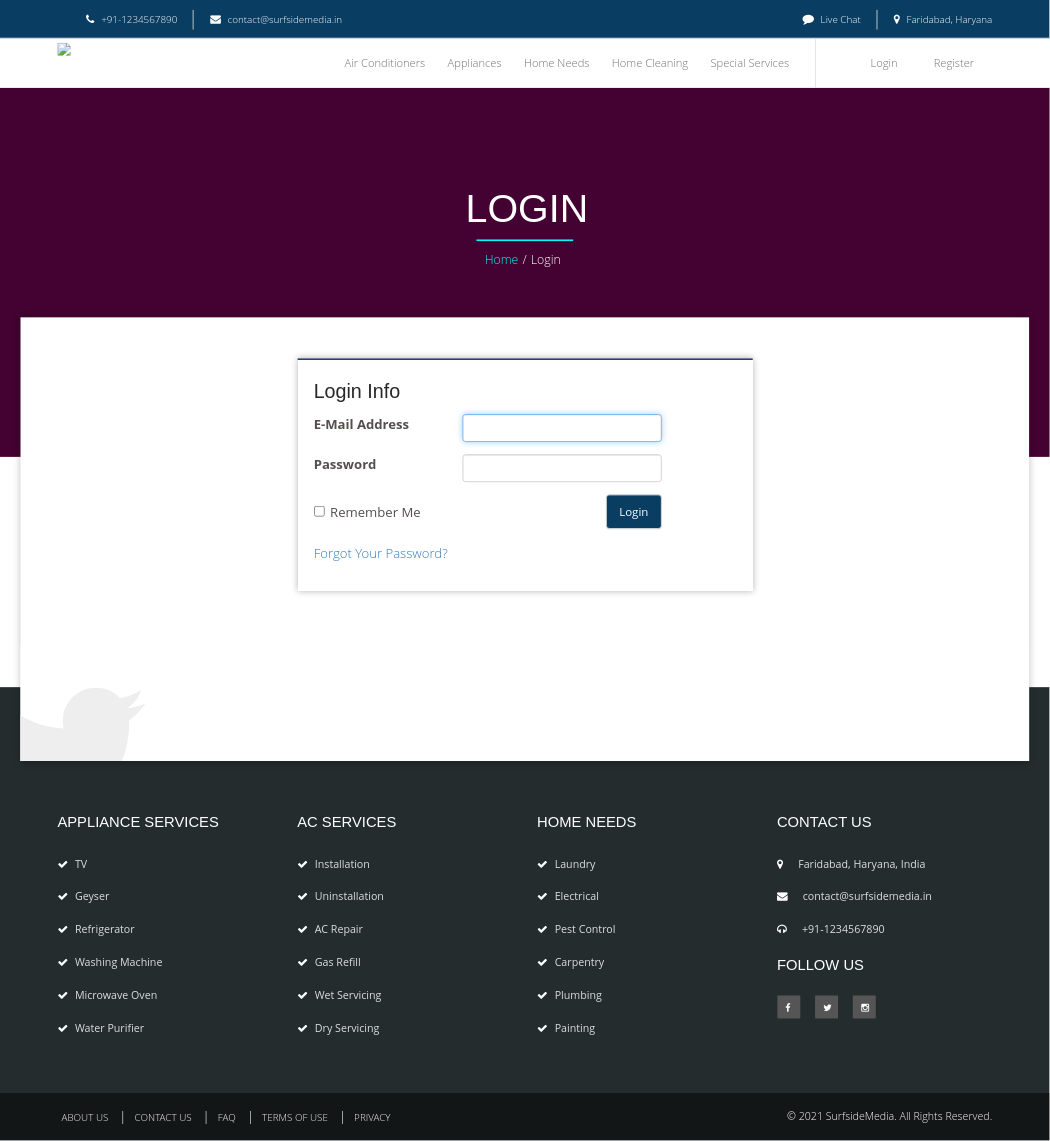
Repository: samiraelshon123/LP_Project
Page: http://localhost/login
These files come from the project's save history. The page is drawn as it stood at one moment and after the next save; the edit follows.
The browser window is 1280 px wide. The pictures show the whole page, at 82% of full size.
Backgrounds fixed to the window are drawn as part of the page. The page is served by the project's Laravel application, run on PHP 8.4 with Laravel 9.

Above is the page before, as saved 2023-05-22 22:53:33.

After the next save:
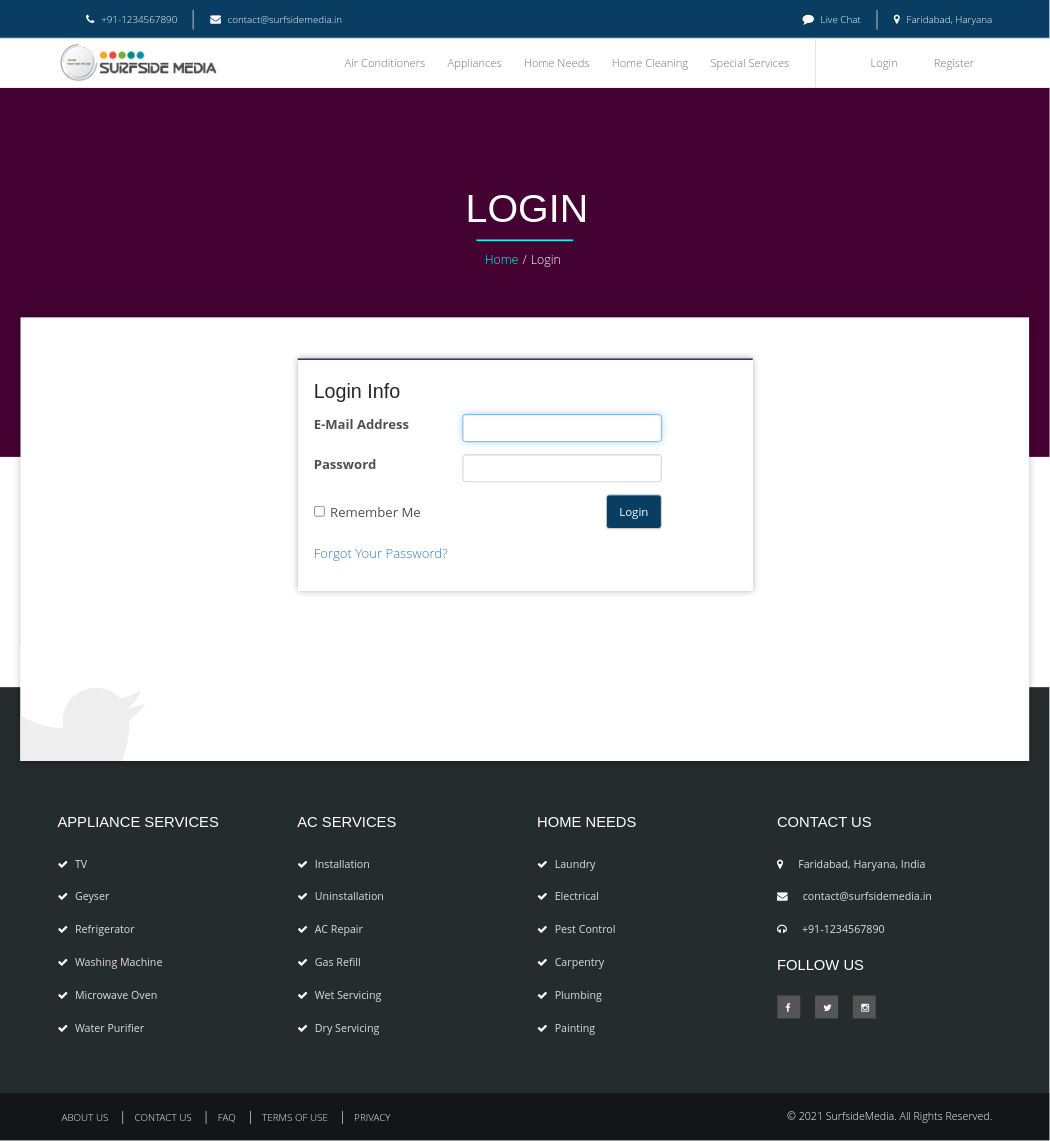
Saved 6 s later.
--- a/resources/views/layouts/header.blade.php
+++ b/resources/views/layouts/header.blade.php
@@ -53,7 +53,7 @@
                 <input id="mobile-button" type="checkbox">
                 <ul class="collapse">
                     <li class="title">
-                        <a href="index.html"><img src="{{asset('asset/images/logo.png"></a>
+                        <a href="index.html"><img src="{{asset('asset/images/logo.png')}}"></a>
                     </li>
                     <li> <a href="javascript:void(0);">Air Conditioners</a>
                         <ul class="drop-down one-column hover-fade">
